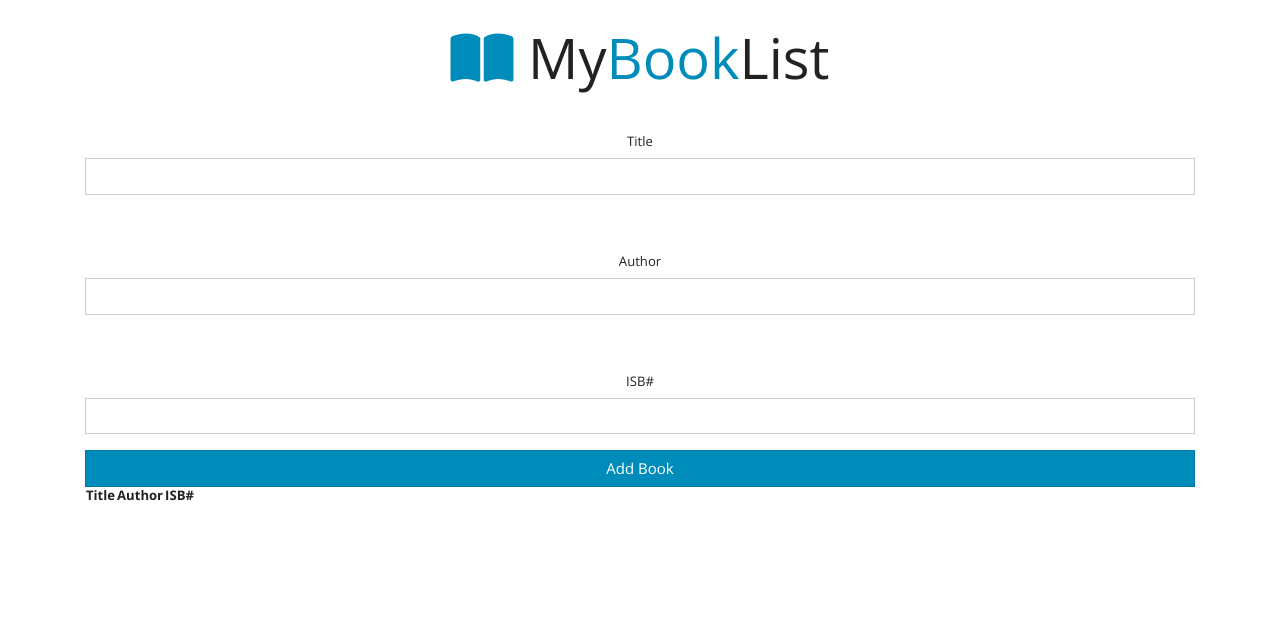
Repository: muhyilmaz/jsMyBookListPrj
Page: index.html
The author's editor kept a copy of each file at every save. The page is drawn from the files as they stood at one save, then again after the next save.
The browser window is 1280 px wide. The pictures show the whole page.
Some web libraries are served in a nearby version.

Above is the page before, as saved 2020-06-21 16:19:21.

### index.html
<!DOCTYPE html>
<html lang="en">
<head>
    <meta charset="UTF-8">
    <meta name="viewport" content="width=device-width, initial-scale=1.0">
    <title>My Book List App</title>
    <link rel="stylesheet" href="bootstrap.min.css ">
    <script src="https://kit.fontawesome.com/c5e42f8755.js" crossorigin="anonymous"></script>

</head>
<body>
    <dir class="container mt-4">
        <h1 class="display-4 text-center">
            <i class="fas fa-book-open text-primary"></i>
            My<span class="text-primary">Book</span>List

            <form id="book-form">

                <div class="form-group">

                    <label for="title">Title</label>
                    <input type="text" name="" id="title" class="form-control">
                </div>
                <div class="form-group">

                    <label for="title">Author</label>
                    <input type="text" name="" id="author" class="form-control">
                </div>
                <div class="form-group">

                    <label for="title">ISB#</label>
                    <input type="text" name="" id="isbn" class="form-control">
                </div>

                <input type="submit" value="Add Book" class="btn btn-primary btn-block">
            </form>

            <table>
                <thead>
                    <tr>
                        <th>Title</th>
                        <th>Author</th>
                        <th>ISB#</th>
                    </tr>
                </thead>
                <tbody id="book-list"></tbody>
            </table>
        </h1>

    </dir>
</body>
</html>

Loaded but not shown: bootstrap.min.css (library)

After the next save:
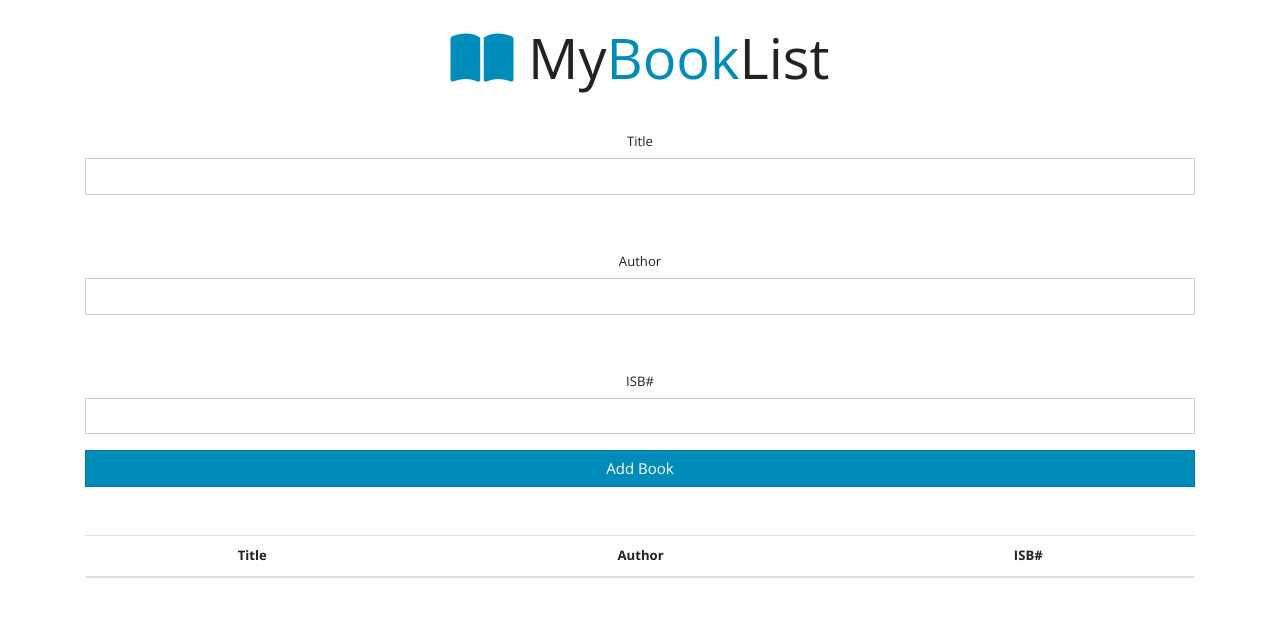
Saved 19 s later.
--- a/index.html
+++ b/index.html
@@ -35,7 +35,7 @@
                 <input type="submit" value="Add Book" class="btn btn-primary btn-block">
             </form>
 
-            <table>
+            <table class="table table-striped mt-5">
                 <thead>
                     <tr>
                         <th>Title</th>
